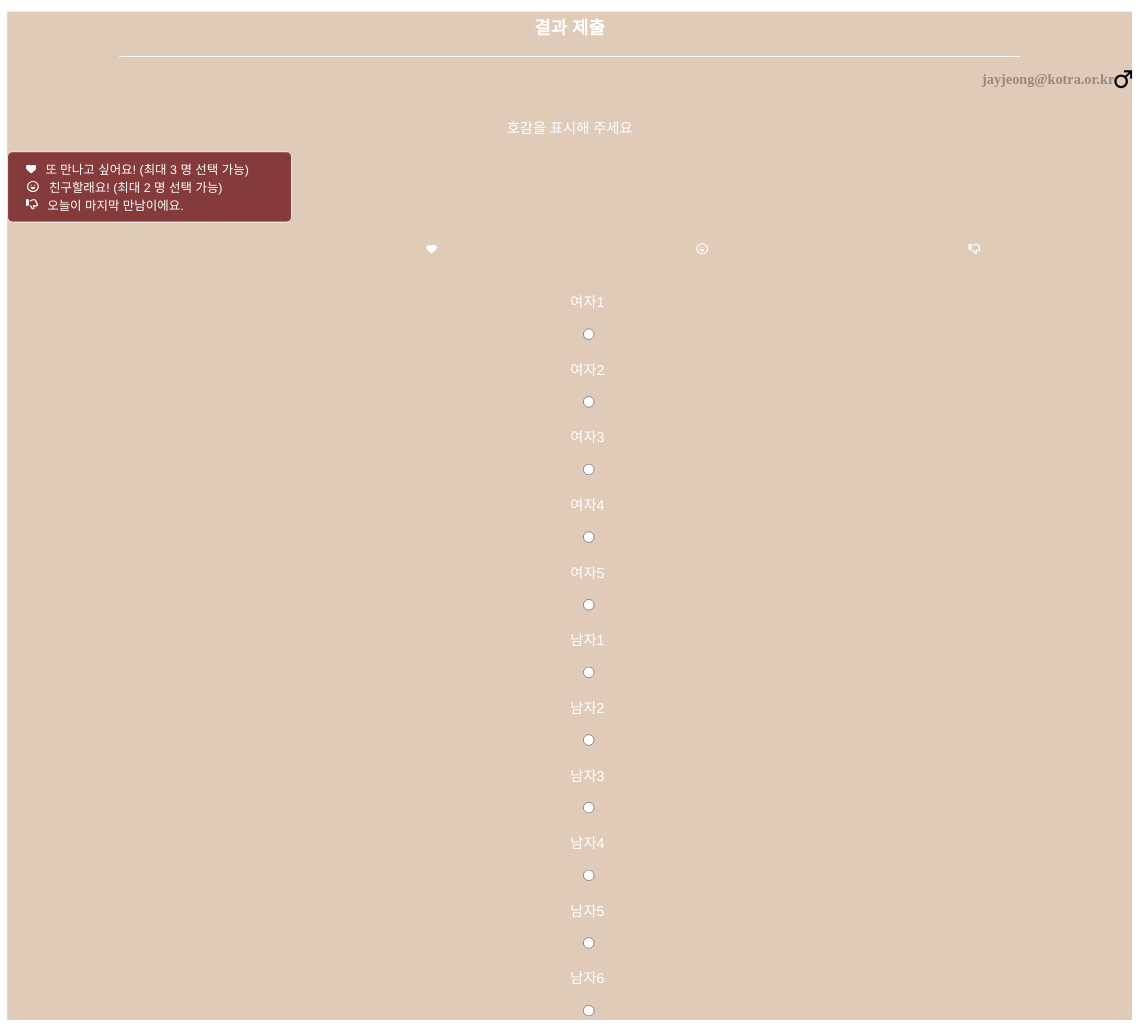
Repository: Jay-Jeong1988/speed_dating_pwa
Page: /submit_result
An editor plug-in stored every save of this project. The page is shown before and after the next save, followed by the edit.
The browser window is 1280 px wide. The pictures show the whole page, at 89% of full size.
The project was rebuilt for these pictures with package versions that can differ from the ones it lists, and the page was loaded fresh each time. Also part of the build but not shown: vue.config.js, src/views/LoginPage.vue, src/views/DashBoard.vue, src/components/no_reservation_card.vue, src/views/BookedEventsPage.vue.

Above is the page before, as saved 2023-02-11 23:00:07.

### src/App.vue
<template>
  <router-view/>
</template>

<style>
#app {
  font-family: Avenir, Helvetica, Arial, sans-serif;
  -webkit-font-smoothing: antialiased;
  -moz-osx-font-smoothing: grayscale;
  text-align: center;
  color: #ffffff;
  background-color: #E0CBB8;
}

nav {
  padding: 30px;
}

nav a {
  font-weight: bold;
  color: #2c3e50;
}

nav a.router-link-exact-active {
  color: #42b983;
}

ul {
  list-style-type: none;
}
</style>

### src/router/index.js
import { createRouter, createWebHistory } from 'vue-router'
import LoginPage from '../views/LoginPage.vue'
import DashBoard from '../views/DashBoard.vue'
import BookedEventsPage from '../views/BookedEventsPage.vue'
import SubmitResultPage from '../views/SubmitResultPage'

const routes = [
  {
    path: '/',
    name: 'loginPage',
    component: LoginPage
  },
  {
    path: '/dashboard',
    name: 'dashBoard',
    component: DashBoard
  },
  {
    path: '/booked_events',
    name: 'Booked_events_page',
    component: BookedEventsPage
  },
  {
    path: '/submit_result',
    name: 'Submit_result_page',
    component: SubmitResultPage
  }
]

const router = createRouter({
  history: createWebHistory(process.env.BASE_URL),
  routes
})

export default router

### src/views/SubmitResultPage.vue
<template>
  <div class="SubmitResultPage">
    <Header :headerTitle="this.headerTitle"></Header>
    <p>호감을 표시해 주세요</p>
    <div class="demo-banner">
      <div><img class="interest-icon" src="../assets/images/heart.svg"/><p>또 만나고 싶어요! (최대 3 명 선택 가능)</p></div>
      <div><img class="interest-icon" src="../assets/images/smile.svg"/><p>친구할래요! (최대 2 명 선택 가능)</p></div>
      <div><img class="interest-icon" src="../assets/images/thumb_down.svg"/><p>오늘이 마지막 만남이에요.</p></div>
    </div>
    <div class="example-icons-container">
      <div class="name-buffer"></div>
      <img class="interest-icon" src="../assets/images/heart.svg"/>
      <img class="interest-icon" src="../assets/images/smile.svg"/>
      <img class="interest-icon" src="../assets/images/thumb_down.svg"/>
    </div>
    <div class="participants-list-container" v-if="participants.length">
      <ul class="participants-list" v-for="participant in participants" :key="participant.id">
          <li>
            <p class="participant-list-item">{{ participant.name }}</p>
            <input type="radio" id="" name="participant" value="HTML"/>
          </li>
      </ul>
    </div>
  </div>
</template>
<script>
import Header from '../components/header.vue'
import users from '../assets/test_data/users.json'
export default {
  name: 'Submit_result_page',
  props: {

  },
  data() {
    return {
      headerTitle: "결과 제출",
      participants: [],
    }
  },
  methods: {
  },
  components: { Header },
  mounted() {
    users.forEach((item)=>{
      this.participants.push(item)
    })
  }
}

</script>

<!-- Add "scoped" attribute to limit CSS to this component only -->
<style scoped lang="scss">
.demo-banner {
  box-sizing: border-box;
  width: 320px;
  height: 80px;
  background: #853B3B;
  border: 1px solid #F2F2F2;
  border-radius: 6px;
  display: flex;
  flex-direction: column;
  justify-content: center;
  padding: 20px;
  div {
    display: flex;
    justify-content: flex-start;
    align-items: center;
    .interest-icon {
      margin-right: 10px;
    }
    p {
      margin: 0;
      font-size: 14px;
    }
  }
}
.example-icons-container {
  display: flex;
  justify-content: space-around;
  align-items: center;
  padding: 20px;
  .name-buffer {
    width: 30px;
    height: 20px;
  }
  .interest-icon {
    margin-right: 10px;
  }
}
</style>

### src/components/header.vue
<template>
     <div class="page-header">
        <h1 class="title">{{ this.headerTitle }}</h1>
      </div>
      <div class="userInfo">
        <p id="emailAddress">jayjeong@kotra.or.kr</p>
        <img id="gender-icon" src="../assets/images/gender-male.png"/>
      </div>
</template>
<script>
    export default {
        name: 'Header_component',
        data() {
            return {}
        },
        props: [
            "headerTitle"
        ]
    }
</script>
<style scoped lang="scss">
    .page-header {
        width: 80%;
        margin: auto;
        border-bottom: 1px solid #fff;
        .title {
            font-weight: 700;
            font-size: 20px;
            line-height: 36px;
        }
    }
    .userInfo {
        display: flex;
        justify-content: flex-end;
        align-items: center;
        color: #97897D;
        font-family: 'Battambang';
        font-weight: 700;
        #gender-icon {
            width: 20px;
            height: 20px;
        }
    }
</style>

### src/assets/test_data/users.json
[
  {
    "id": 0,
    "gender": "F",
    "name": "여자1",
    "email_address": "sarangkim@gmail.com",
    "birthdate": "Mon, Feb 2, 2000",
    "marital_status": "single",
    "phone_number": "000-0000-0000",
    "payment_info": "",
    "lover_interested": [],
    "friend_interested": [],
    "not_interested": [],
    "booked_events": [],
    "completed_events": []
  },
  {
    "id": 1,
    "gender": "F",
    "name": "여자2",
    "email_address": "sarangkim@gmail.com",
    "birthdate": "Mon, Feb 2, 2000",
    "marital_status": "single",
    "phone_number": "000-0000-0000",
    "payment_info": "",
    "lover_interested": [],
    "friend_interested": [],
    "not_interested": [],
    "booked_events": [],
    "completed_events": []
  },
  {
    "id": 2,
    "gender": "F",
    "name": "여자3",
    "email_address": "sarangkim@gmail.com",
    "birthdate": "Mon, Feb 2, 2000",
    "marital_status": "single",
    "phone_number": "000-0000-0000",
    "payment_info": "",
    "lover_interested": [],
    "friend_interested": [],
    "not_interested": [],
    "booked_events": [],
    "completed_events": []
  },
  {
    "id": 3,
    "gender": "F",
    "name": "여자4",
    "email_address": "sarangkim@gmail.com",
    "birthdate": "Mon, Feb 2, 2000",
    "marital_status": "single",
    "phone_number": "000-0000-0000",
    "payment_info": "",
    "lover_interested": [],
    "friend_interested": [],
    "not_interested": [],
    "booked_events": [],
    "completed_events": []
  },{
    "id": 4,
    "gender": "F",
    "name": "여자5",
    "email_address": "sarangkim@gmail.com",
    "birthdate": "Mon, Feb 2, 2000",
    "marital_status": "single",
    "phone_number": "000-0000-0000",
    "payment_info": "",
    "lover_interested": [],
    "friend_interested": [],
    "not_interested": [],
    "booked_events": [],
    "completed_events": []
  },
  {
    "id": 5,
    "gender": "M",
    "name": "남자1",
    "email_address": "sarangkim@gmail.com",
    "birthdate": "Mon, Feb 2, 2000",
    "marital_status": "single",
    "phone_number": "000-0000-0000",
    "payment_info": "",
    "lover_interested": [],
    "friend_interested": [],
    "not_interested": [],
    "booked_events": [],
    "completed_events": []
  },
  {
    "id": 6,
    "gender": "M",
    "name": "남자2",
    "email_address": "sarangkim@gmail.com",
    "birthdate": "Mon, Feb 2, 2000",
    "marital_status": "single",
    "phone_number": "000-0000-0000",
    "payment_info": "",
    "lover_interested": [],
    "friend_interested": [],
    "not_interested": [],
    "booked_events": [],
    "completed_events": []
  },
  {
    "id": 7,
    "gender": "M",
    "name": "남자3",
    "email_address": "sarangkim@gmail.com",
    "birthdate": "Mon, Feb 2, 2000",
    "marital_status": "single",
    "phone_number": "000-0000-0000",
    "payment_info": "",
    "lover_interested": [],
    "friend_interested": [],
    "not_interested": [],
    "booked_events": [],
    "completed_events": []
  },
  {
    "id": 8,
    "gender": "F",
    "name": "남자4",
    "email_address": "sarangkim@gmail.com",
    "birthdate": "Mon, Feb 2, 2000",
    "marital_status": "single",
    "phone_number": "000-0000-0000",
    "payment_info": "",
    "lover_interested": [],
    "friend_interested": [],
    "not_interested": [],
    "booked_events": [],
    "completed_events": []
  },
  {
    "id": 9,
    "gender": "M",
    "name": "남자5",
    "email_address": "sarangkim@gmail.com",
    "birthdate": "Mon, Feb 2, 2000",
    "marital_status": "single",
    "phone_number": "000-0000-0000",
    "payment_info": "",
    "lover_interested": [],
    "friend_interested": [],
    "not_interested": [],
    "booked_events": [],
    "completed_events": []
  },
  {
    "id": 10,
    "gender": "M",
    "name": "남자6",
    "email_address": "sarangkim@gmail.com",
    "birthdate": "Mon, Feb 2, 2000",
    "marital_status": "single",
    "phone_number": "000-0000-0000",
    "payment_info": "",
    "lover_interested": [],
    "friend_interested": [],
    "not_interested": [],
    "booked_events": [],
    "completed_events": []
  }
]

Loaded but not shown: public/index.html (common file); src/main.js (common file); src/registerServiceWorker.js (common file)

After the next save:
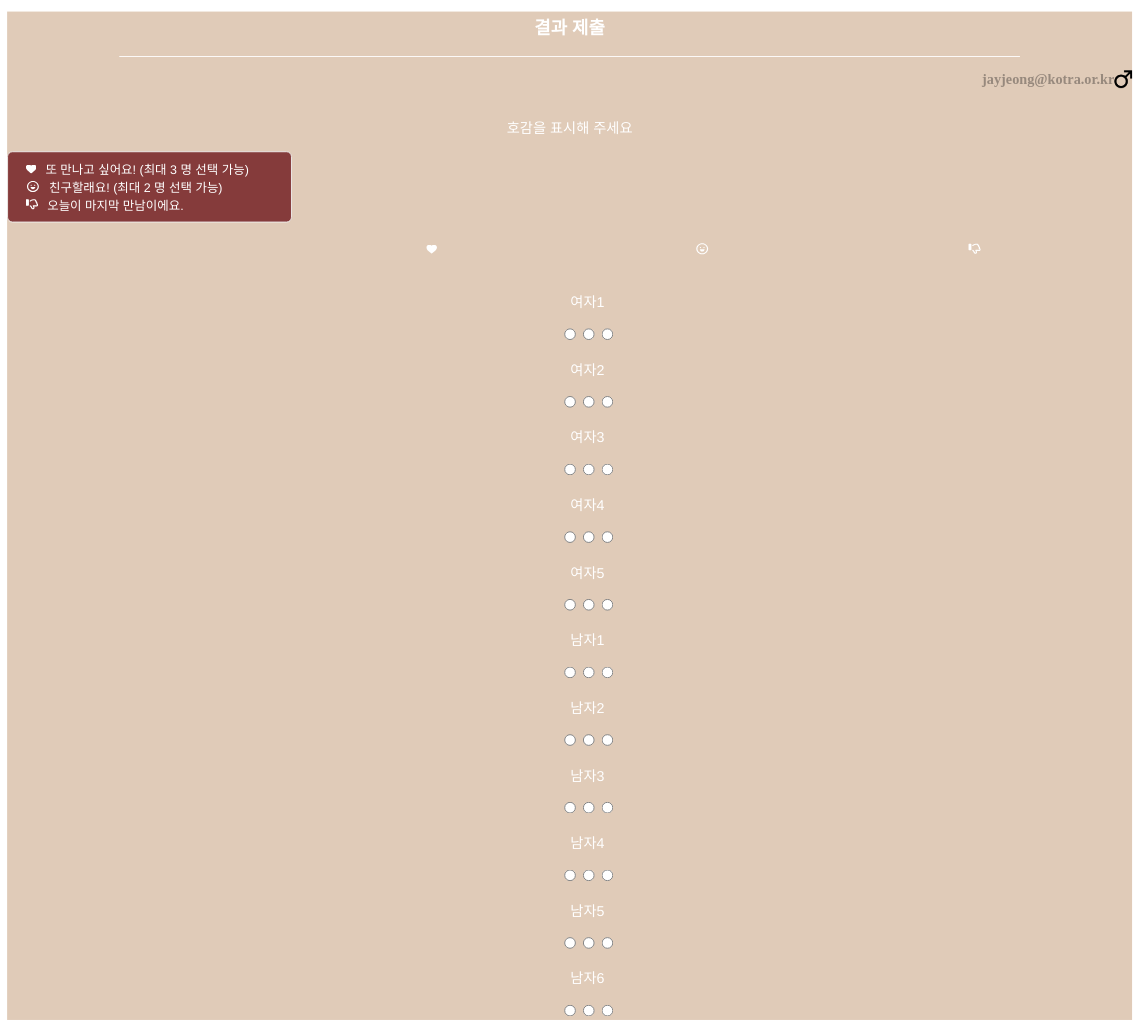
Saved 7 s later.
--- a/src/views/SubmitResultPage.vue
+++ b/src/views/SubmitResultPage.vue
@@ -17,6 +17,8 @@
       <ul class="participants-list" v-for="participant in participants" :key="participant.id">
           <li>
             <p class="participant-list-item">{{ participant.name }}</p>
+            <input type="radio" id="" name="participant" value="HTML"/>
+            <input type="radio" id="" name="participant" value="HTML"/>
             <input type="radio" id="" name="participant" value="HTML"/>
           </li>
       </ul>
